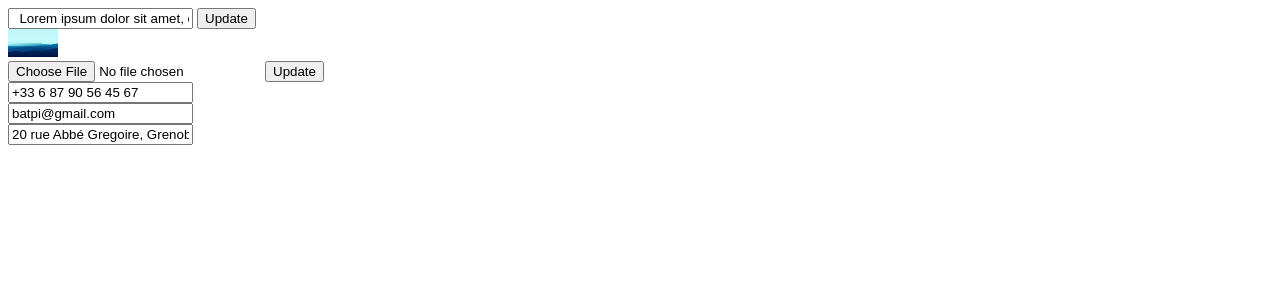
Repository: Yoon-Dev/ProjetS4
Page: http://localhost/backoffice/admin/index.php
The author's editor kept a record of every edit. The page is drawn from the files as they stood at one moment, then again after the next edit.
The browser window is 1280 px wide. The pictures show the whole page.
The page is run by PHP 8.4 with error messages shown; the project is at /var/www/html/. The session is filled in as if someone had signed in: {"acces": true}. Other server files are loaded and not shown. The database holds what the project's SQL file puts in it.

Above is the page before.

### backoffice/admin/index.php
<?php
session_start();
require "../../utils/checkAcces.php";
require '../../utils/conn.php';
checkAcces("../");
chargerclass("../../class/", "Manager");
chargerclass("../../class/", "Page");
$manager = new Manager($conn);
$page = $manager->getPageModel();
?>
<!DOCTYPE html>
<html lang="en">
<head>
    <meta charset="UTF-8">
    <meta name="viewport" content="width=device-width, initial-scale=1.0">
    <meta http-equiv="X-UA-Compatible" content="ie=edge">
    <title>Identification</title>
</head>
<body>

    <input type="textarea" id="presentation" name="presentation" data-bdd="page" value="<?php echo $page->presentation();?>"/>
    <button class="btn-update" data-input="#presentation">Update</button>
    <br>
    <img src="<?php echo '../../'.$page->img1();?>" style="width:50px;"/><br>
    <input type="file" id="img1" name="img1" data-bdd="page" value="<?php echo $page->img1();?>"/>
    <button class="btn-update" data-input="#presentation">Update</button>
    <br>
    <input type="text" name="numero" data-bdd="page" value="<?php echo $page->numero();?>"/><br>
    <input type="text" name="email" data-bdd="page" value="<?php echo $page->email();?>"/><br>
    <input type="text" name="adresse" data-bdd="page" value="<?php echo $page->adresse();?>"/><br>

</body>
</html>

### utils/checkAcces.php
<?php

function checkAcces(string $redirect)
{

   if(!$_SESSION['acces']){
        header("Location: ".$redirect);
        exit();
        echo "acces denied";
    }

}

### utils/conn.php
<?php
// connect to bdd
// $conn = new PDO('mysql:host=localhost;dbname=s4;charset=utf8', 'admin', 'pass');
$conn = new PDO('mysql:host=localhost;dbname=s4;charset=utf8', 'admin', 'pass');
$conn->setAttribute(PDO::ATTR_ERRMODE, PDO::ERRMODE_WARNING); // On émet une alerte à chaque fois qu'une requête a échoué

function chargerclass($dossier, $classname){
    require $dossier.$classname.".php";
}

### class/Manager.php
<?php
class Manager{
// ++++++++++++++++++++++++++++++++++++++++++++++++++++++++++++++++++++++++++++++++++++
    // caratéristique
// ++++++++++++++++++++++++++++++++++++++++++++++++++++++++++++++++++++++++++++++++++++
    protected $_conn;
// °°°°°°°°°°°°°°°°°°°°°°°°°°°°°°°°°°°°°°°°°°°°°°°°°°°°°°°°°°°°°°°°°°°°°°°°°°°°°°°°°°°°
    // CONSTRUCT
// °°°°°°°°°°°°°°°°°°°°°°°°°°°°°°°°°°°°°°°°°°°°°°°°°°°°°°°°°°°°°°°°°°°°°°°°°°°°°°°°°°°°
    public function __construct($conn){$this->setDb($conn);}
// ++++++++++++++++++++++++++++++++++++++++++++++++++++++++++++++++++++++++++++++++++++
// fonctionnalité
// ++++++++++++++++++++++++++++++++++++++++++++++++++++++++++++++++++++++++++++++++++++
// °°°°°°°°°°°°°°°°°°°°°°°°°°°°°°°°°°°°°°°°°°°°°°°°°°°°°°°°°°°°°°°°°°°°°°°°°°°°°°°°°°°°°°°°°°°°°°°°
    public function getAdminPassword(string $username, string $pass)
    {
    $res = null;
    // get the admin password for admin identification
        if(!empty($username)){
            $q = $this->_conn->prepare('SELECT password FROM Admin WHERE username = :username');
            $q->execute(['username' => $username]);
            while ($donnees = $q->fetch(PDO::FETCH_ASSOC))
            {
                if (password_verify($pass, $donnees['password'])) {
                   $res = "succes";
                }else{
                    $res = "error";
                }
            }
            if(empty($res)){
                $res = "error";
            }
        }else{
            $res = "error";
        }
    return json_encode($res);
    }
// °°°°°°°°°°°°°°°°°°°°°°°°°°°°°°°°°°°°°°°°°°°°°°°°°°°°°°°°°°°°°°°°°°°°°°°°°°°°°°°°°°°°°°°°°°°°°°°°
    public function getPageModel()
    {
    $page = null;
    //get the data and create the page model
        $q = $this->_conn->prepare('SELECT * FROM `Page`');
        $q->execute();

        while ($donnees = $q->fetch(PDO::FETCH_ASSOC))
        {

          $page = new Page($donnees);

        }

    return $page;

    }
// °°°°°°°°°°°°°°°°°°°°°°°°°°°°°°°°°°°°°°°°°°°°°°°°°°°°°°°°°°°°°°°°°°°°°°°°°°°°°°°°°°°°°°°°°°°°°°°°
    public function updateSingleRow(string $table, string $type, string $value, int $rownbr)
    {
    $res = null;
    //get the data and create the page model
        $q = $this->_conn->prepare("UPDATE {$table} SET {$type} = :valuee WHERE id = :id");
        $q->bindValue(':id', $rownbr);
        $q->bindValue(':valuee', $value);
        $q->execute();

    return $res;

    }
// °°°°°°°°°°°°°°°°°°°°°°°°°°°°°°°°°°°°°°°°°°°°°°°°°°°°°°°°°°°°°°°°°°°°°°°°°°°°°°°°°°°°°°°°°°°°°°°°
// °°°°°°°°°°°°°°°°°°°°°°°°°°°°°°°°°°°°°°°°°°°°°°°°°°°°°°°°°°°°°°°°°°°°°°°°°°°°°°°°°°°°°°°°°°°°°°°°
    // SETTER
// °°°°°°°°°°°°°°°°°°°°°°°°°°°°°°°°°°°°°°°°°°°°°°°°°°°°°°°°°°°°°°°°°°°°°°°°°°°°°°°°°°°°°°°°°°°°°°°°
    public function setDb(PDO $conn){$this->_conn = $conn;}

// end
}
?>

### class/Page.php
<?php
// Model de donnée à réutiliser sans modération
class Page{
// ++++++++++++++++++++++++++++++++++++++++++++++++++++++++++++++++++++++++++++++++++++
    // caratéristique
// ++++++++++++++++++++++++++++++++++++++++++++++++++++++++++++++++++++++++++++++++++++
    protected   $_presentation,
                $_img1,
                $_numero,
                $_email,
                $_adresse;
// °°°°°°°°°°°°°°°°°°°°°°°°°°°°°°°°°°°°°°°°°°°°°°°°°°°°°°°°°°°°°°°°°°°°°°°°°°°°°°°°°°°°
    // CONSTRUCT
// °°°°°°°°°°°°°°°°°°°°°°°°°°°°°°°°°°°°°°°°°°°°°°°°°°°°°°°°°°°°°°°°°°°°°°°°°°°°°°°°°°°°
    public function __construct(Array $data)
    {
        $this->hydrate($data);
    }
// °°°°°°°°°°°°°°°°°°°°°°°°°°°°°°°°°°°°°°°°°°°°°°°°°°°°°°°°°°°°°°°°°°°°°°°°°°°°°°°°°°°°
    // HYDRATE
// °°°°°°°°°°°°°°°°°°°°°°°°°°°°°°°°°°°°°°°°°°°°°°°°°°°°°°°°°°°°°°°°°°°°°°°°°°°°°°°°°°°°
    public function hydrate(Array $data)
    {
        foreach ($data as $key => $value){
            $method='set'.ucfirst($key);
            if (method_exists($this, $method)){
                $this->$method($value);
            }
        }
    }
// ++++++++++++++++++++++++++++++++++++++++++++++++++++++++++++++++++++++++++++++++++++
    // fonctionnalité
// ++++++++++++++++++++++++++++++++++++++++++++++++++++++++++++++++++++++++++++++++++++
    // code
// °°°°°°°°°°°°°°°°°°°°°°°°°°°°°°°°°°°°°°°°°°°°°°°°°°°°°°°°°°°°°°°°°°°°°°°°°°°°°°°°°°°°
    // GETTER
// °°°°°°°°°°°°°°°°°°°°°°°°°°°°°°°°°°°°°°°°°°°°°°°°°°°°°°°°°°°°°°°°°°°°°°°°°°°°°°°°°°°°
    public function presentation(){return$this->_presentation;}
    public function img1(){return$this->_img1;}
    public function numero(){return$this->_numero;}
    public function email(){return$this->_email;}
    public function adresse(){return$this->_adresse;}
// °°°°°°°°°°°°°°°°°°°°°°°°°°°°°°°°°°°°°°°°°°°°°°°°°°°°°°°°°°°°°°°°°°°°°°°°°°°°°°°°°°°°
    // SETTER
// °°°°°°°°°°°°°°°°°°°°°°°°°°°°°°°°°°°°°°°°°°°°°°°°°°°°°°°°°°°°°°°°°°°°°°°°°°°°°°°°°°°°
    public function setPresentation($presentation){if(!empty($presentation) && is_string($presentation)){$this->_presentation = $presentation;}}
    public function setImg1($img1){if(!empty($img1) && is_string($img1)){$this->_img1 = $img1;}}
    public function setNumero($numero){if(!empty($numero) && is_string($numero)){$this->_numero = $numero;}}
    public function setEmail($email){if(!empty($email) && is_string($email)){$this->_email = $email;}}
    public function setAdresse($adresse){if(!empty($adresse) && is_string($adresse)){$this->_adresse = $adresse;}}
// °°°°°°°°°°°°°°°°°°°°°°°°°°°°°°°°°°°°°°°°°°°°°°°°°°°°°°°°°°°°°°°°°°°°°°°°°°°°°°°°°°°°
// fin CLASSE
}
?>

### s4.sql (the tables this page reads)
CREATE TABLE `Page` (
  `presentation` varchar(4096) CHARACTER SET utf8 NOT NULL,
  `img1` varchar(4096) NOT NULL,
  `numero` varchar(255) NOT NULL,
  `email` varchar(255) NOT NULL,
  `adresse` varchar(255) NOT NULL
) ENGINE=InnoDB DEFAULT CHARSET=latin1;

INSERT INTO `Page` VALUES ('  Lorem ipsum dolor sit amet, consectetur adipiscing elit. Maecenas semper egestas orci, eget feugiat ipsum porta sodales. Nulla ultrices at metus et eleifend. Duis molestie condimentum metus at faucibus. Nullam scelerisque lectus quis augue dignissim, vitae mollis nibh dictum. Aliquam faucibus nibh nec aliquet lobortis. Fusce eleifend dictum turpis molestie sodales. Suspendisse eget nibh egestas, varius libero hendrerit, finibus dolor. Quisque cursus risus a est sagittis pellentesque. Nunc nec tortor et lectus vestibulum pretium nec vel massa. Ut faucibus dapibus sapien, eget porta diam finibus non. Aenean eu orci nec augue laoreet scelerisque vitae quis nulla. Sed fringilla ipsum sem, sed scelerisque ligula eleifend et. Nullam nec dolor tellus. Orci varius natoque penatibus et magnis dis parturient montes, nascetur ridiculus mus. Vivamus porta ante lacus, et finibus nibh imperdiet a. Duis posuere, neque nec tempor elementum, lacus leo accumsan neque, ut elementum ex ex in nisi.  Fusce ornare varius nisi ut lacinia. Sed vitae ornare tortor, vel aliquam est. Donec eu lorem ultrices sapien blandit scelerisque eget id mauris. Curabitur auctor egestas metus, sit amet rutrum risus rhoncus vitae. Vivamus porttitor, lorem at cursus tincidunt, felis felis blandit turpis, sit amet rhoncus dolor nisi et dolor. Interdum et malesuada fames ac ante ipsum primis in faucibus. Ut sodales tempus nulla id tincidunt. Aliquam nisi massa, egestas quis erat sed, fermentum vulputate tellus. Vestibulum facilisis odio odio, at consequat ligula aliquet in. Maecenas pulvinar felis et consectetur pellentesque. Quisque suscipit quis dui at ullamcorper. Aliquam nulla mi, laoreet sit amet ullamcorper eget, cursus vitae tortor. ','./img/img1.png','+33 6 87 90 56 45 67','batpi@gmail.com','20 rue Abbé Gregoire, Grenoble');

After the next edit:
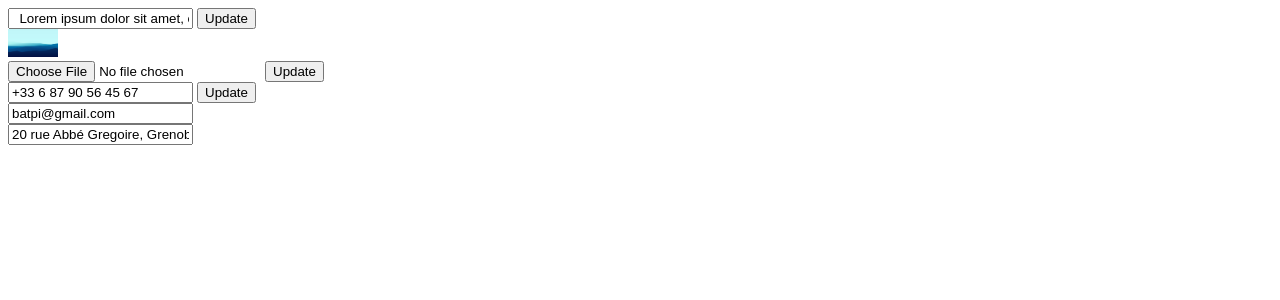
The edit:
--- a/backoffice/admin/index.php
+++ b/backoffice/admin/index.php
@@ -25,7 +25,9 @@
     <input type="file" id="img1" name="img1" data-bdd="page" value="<?php echo $page->img1();?>"/>
     <button class="btn-update" data-input="#presentation">Update</button>
     <br>
-    <input type="text" name="numero" data-bdd="page" value="<?php echo $page->numero();?>"/><br>
+    <input type="text" id="numero" name="numero" data-bdd="page" value="<?php echo $page->numero();?>"/>
+    <button class="btn-update" data-input="#numero">Update</button>
+    <br>
     <input type="text" name="email" data-bdd="page" value="<?php echo $page->email();?>"/><br>
     <input type="text" name="adresse" data-bdd="page" value="<?php echo $page->adresse();?>"/><br>
 
